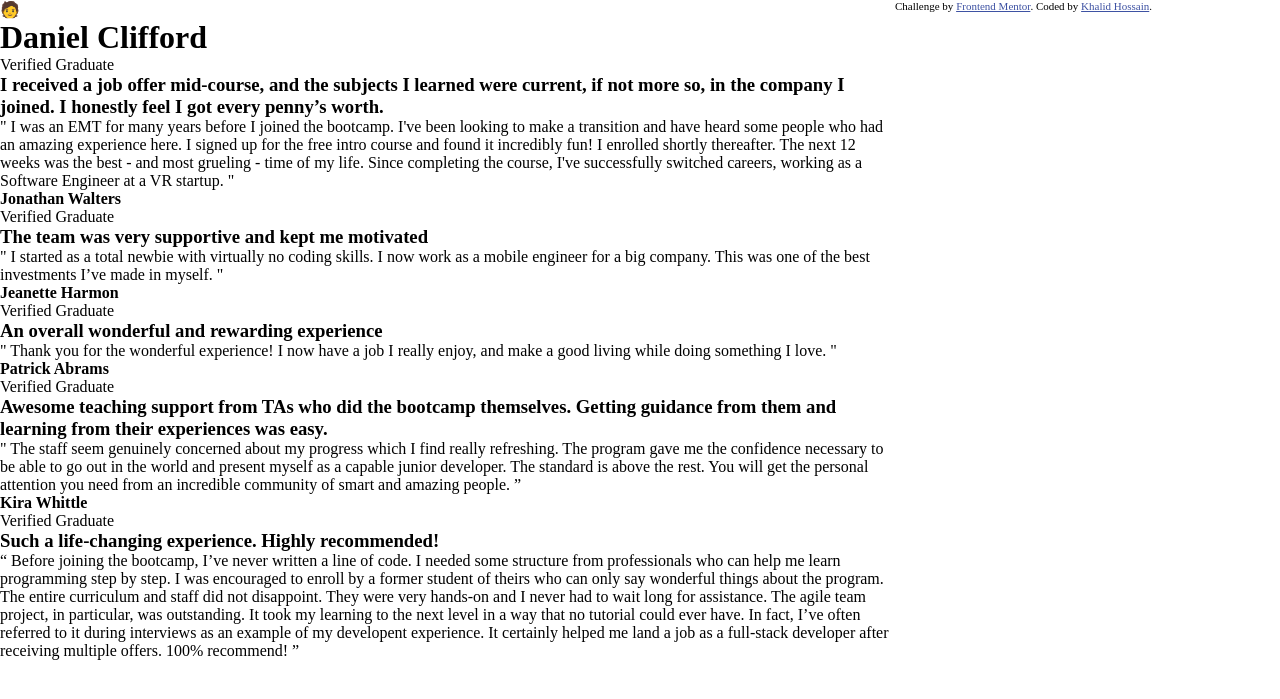
Repository: badhon252/Testimonials-Grid-Section
Page: index.html
These files come from the project's save history. The page is drawn as it stood at one moment and after the next save; the edit follows.
The browser window is 1280 px wide. The pictures show the whole page.

Above is the page before, as saved 2023-02-18 15:30:09.

### index.html
<!DOCTYPE html>
<html lang="en">

<head>
    <meta charset="UTF-8">
    <meta name="viewport" content="width=device-width, initial-scale=1.0">
    <!-- displays site properly based on user's device -->

    <link rel="icon" type="image/png" sizes="32x32" href="./images/favicon-32x32.png">
    <link rel="stylesheet" href="./css/style.css">
    <title>Frontend Mentor | [Challenge Name Here]</title>

</head>

<body>

    <div class="container">
        <div class="box box1">
            <div class="heading">
                <span>🧑</span>
                <div>
                    <h1 class="name">Daniel Clifford</h1>
                    <p>Verified Graduate</p>
                </div>
            </div>

            <h3>I received a job offer mid-course, and the subjects I learned were current, if not more so, in the company I joined. I honestly feel I got every penny’s worth.</h3>
            <p>" I was an EMT for many years before I joined the bootcamp. I've been looking to make a transition and have heard some people who had an amazing experience here. I signed up for the free intro course and found it incredibly fun! I enrolled
                shortly thereafter. The next 12 weeks was the best - and most grueling - time of my life. Since completing the course, I've successfully switched careers, working as a Software Engineer at a VR startup. "</p>
            <div class="box box2">
                <h4>Jonathan Walters</h4>
                <p>Verified Graduate</p>
                <h3>The team was very supportive and kept me motivated</h3>
                <p>" I started as a total newbie with virtually no coding skills. I now work as a mobile engineer for a big company. This was one of the best investments I’ve made in myself. "</p>
            </div>
            <div class="box box3">
                <h4>Jeanette Harmon</h4>
                <p>Verified Graduate</p>
                <h3>An overall wonderful and rewarding experience</h3>
                <p>" Thank you for the wonderful experience! I now have a job I really enjoy, and make a good living while doing something I love. "</p>
            </div>
            <div class="box box4">
                <h4>Patrick Abrams</h4>
                <p>Verified Graduate</p>
                <h3>Awesome teaching support from TAs who did the bootcamp themselves. Getting guidance from them and learning from their experiences was easy.</h3>
                <p>" The staff seem genuinely concerned about my progress which I find really refreshing. The program gave me the confidence necessary to be able to go out in the world and present myself as a capable junior developer. The standard is above
                    the rest. You will get the personal attention you need from an incredible community of smart and amazing people. ”</p>
            </div>
            <div class="box box5">
                <h4>Kira Whittle</h4>
                <p>Verified Graduate</p>
                <h3>Such a life-changing experience. Highly recommended!</h3>
                <p>“ Before joining the bootcamp, I’ve never written a line of code. I needed some structure from professionals who can help me learn programming step by step. I was encouraged to enroll by a former student of theirs who can only say wonderful
                    things about the program. The entire curriculum and staff did not disappoint. They were very hands-on and I never had to wait long for assistance. The agile team project, in particular, was outstanding. It took my learning to the next
                    level in a way that no tutorial could ever have. In fact, I’ve often referred to it during interviews as an example of my developent experience. It certainly helped me land a job as a full-stack developer after receiving multiple offers.
                    100% recommend! ”</p>
            </div>
        </div>



        <div class="attribution">
            Challenge by <a href="https://www.badhon252.me" target="_blank">Frontend Mentor</a>. Coded by <a href="#">Khalid
        Hossain</a>.
        </div>
</body>

</html>

### css/style.css
* {
    margin: 0;
    padding: 0;
    box-sizing: border-box;
}

body {
    height: 98vh;
}

.container {
    max-height: 90%;
    max-width: 90%;
    display: grid;
    /* grid-template-columns: 1fr 1fr 1fr 1fr;
    grid-template-rows: 1fr 1fr 1fr 1fr; */
    grid-template-areas: 'box1 box1 box2 box3' 'box4 box5 box5 box3';
}

.box1 {
    grid-area: box1;
}

.box2 {
    grid-area: box2;
}

.box3 {
    grid-area: box3;
}

.box4 {
    grid-area: box4;
}

.box5 {
    grid-area: box5;
}

.attribution {
    font-size: 11px;
    text-align: center;
}

.attribution a {
    color: hsl(228, 45%, 44%);
}

After the next save:
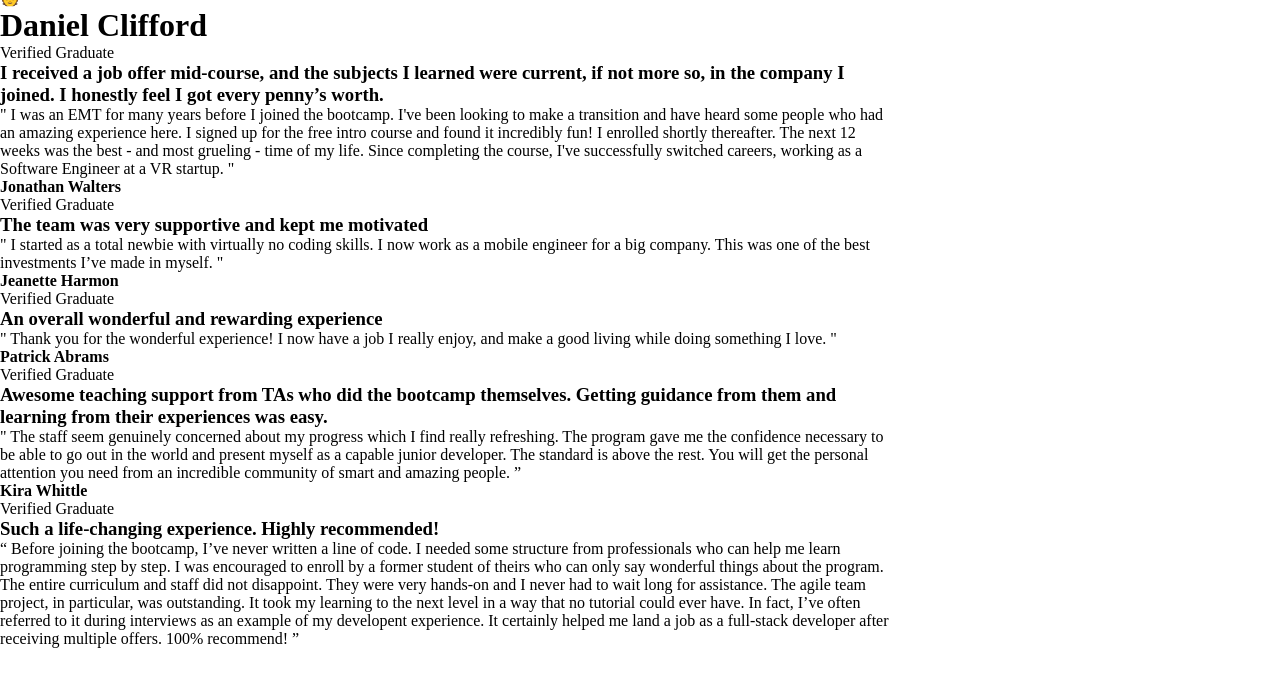
Saved 34 s later.
--- a/css/style.css
+++ b/css/style.css
@@ -12,6 +12,7 @@
     max-height: 90%;
     max-width: 90%;
     display: grid;
+    place-content: center;
     /* grid-template-columns: 1fr 1fr 1fr 1fr;
     grid-template-rows: 1fr 1fr 1fr 1fr; */
     grid-template-areas: 'box1 box1 box2 box3' 'box4 box5 box5 box3';

After the 2 saves that followed:
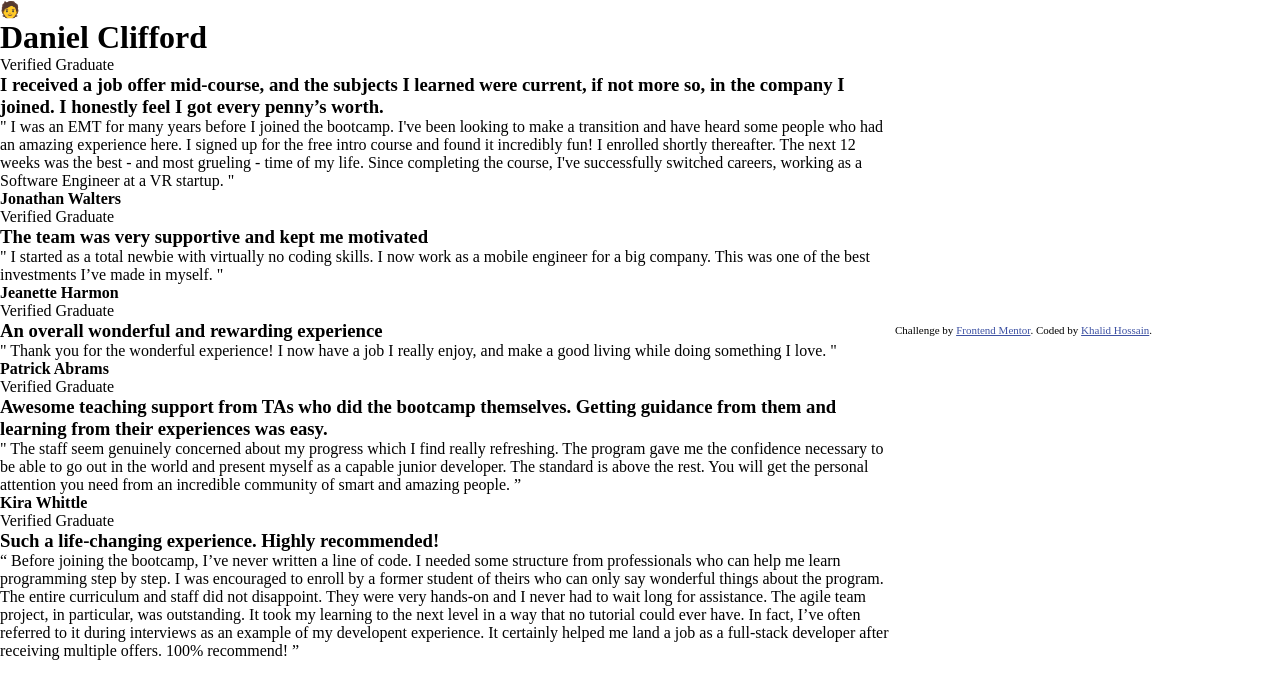
The 2 saves are shown as one change because they came seconds apart.
The last was saved 7 s later.
--- a/css/style.css
+++ b/css/style.css
@@ -12,7 +12,7 @@
     max-height: 90%;
     max-width: 90%;
     display: grid;
-    place-content: center;
+    place-items: center;
     /* grid-template-columns: 1fr 1fr 1fr 1fr;
     grid-template-rows: 1fr 1fr 1fr 1fr; */
     grid-template-areas: 'box1 box1 box2 box3' 'box4 box5 box5 box3';
